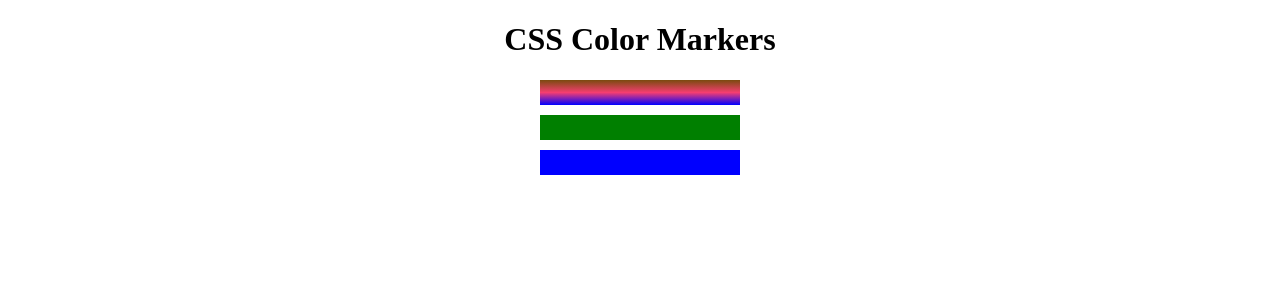
Repository: AimenDje/ColoredMarkers
Page: index.html
These files come from the project's save history. The page is drawn as it stood at one moment and after the next save; the edit follows.
The browser window is 1280 px wide. The pictures show the whole page.

Above is the page before, as saved 2025-05-09 01:40:19.

After the next save:
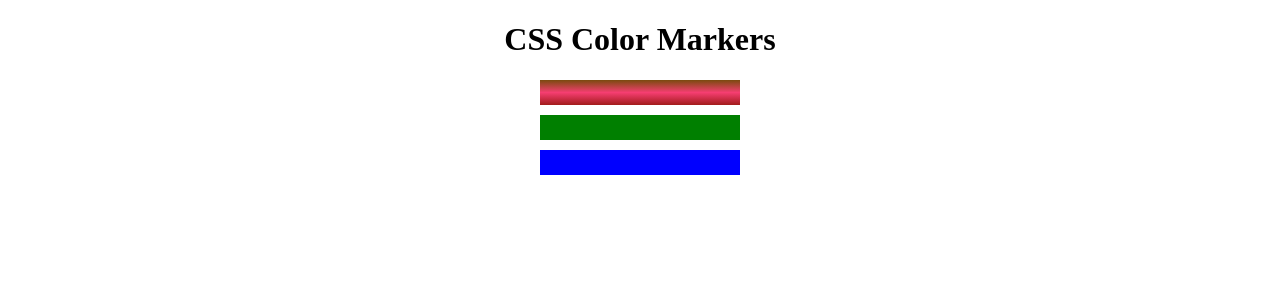
Saved 101 s later.
--- a/styles.css
+++ b/styles.css
@@ -9,7 +9,7 @@
   }
 
 .red {
-  background: linear-gradient(180deg, rgb(122, 74, 14) 0%, rgb(245, 62, 113) 50%, rgb(0, 0, 255) 100%);
+  background: linear-gradient(180deg, rgb(122, 74, 14) 0%, rgb(245, 62, 113) 50%, rgb(162, 27, 27) 100%);
 }
 
 .green {
